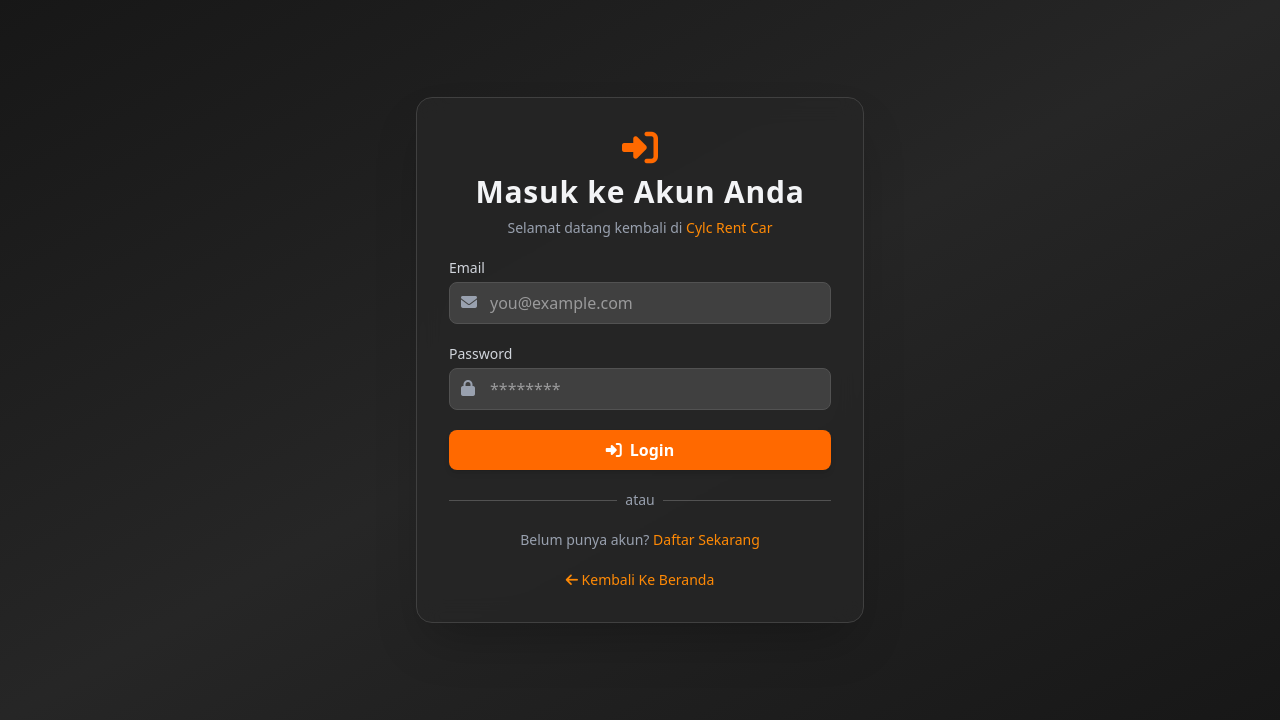
Repository: Fadlan079/FinalProject-RentalMobil
Page: http://localhost/index.php?action=login
The author's editor kept a copy of each file at every save. The page is drawn from the files as they stood at one save, then again after the next save.
The browser window is 1280 px wide. The pictures show the whole page.
Some web libraries are served in a nearby version. The page is run by PHP 8.4 with error messages shown; the project is at /var/www/html/. Style sheets and scripts are compiled from the project's sources, by tool versions that may differ from the author's.

Above is the page before, as saved 2025-11-12 21:50:32.

After the next save:
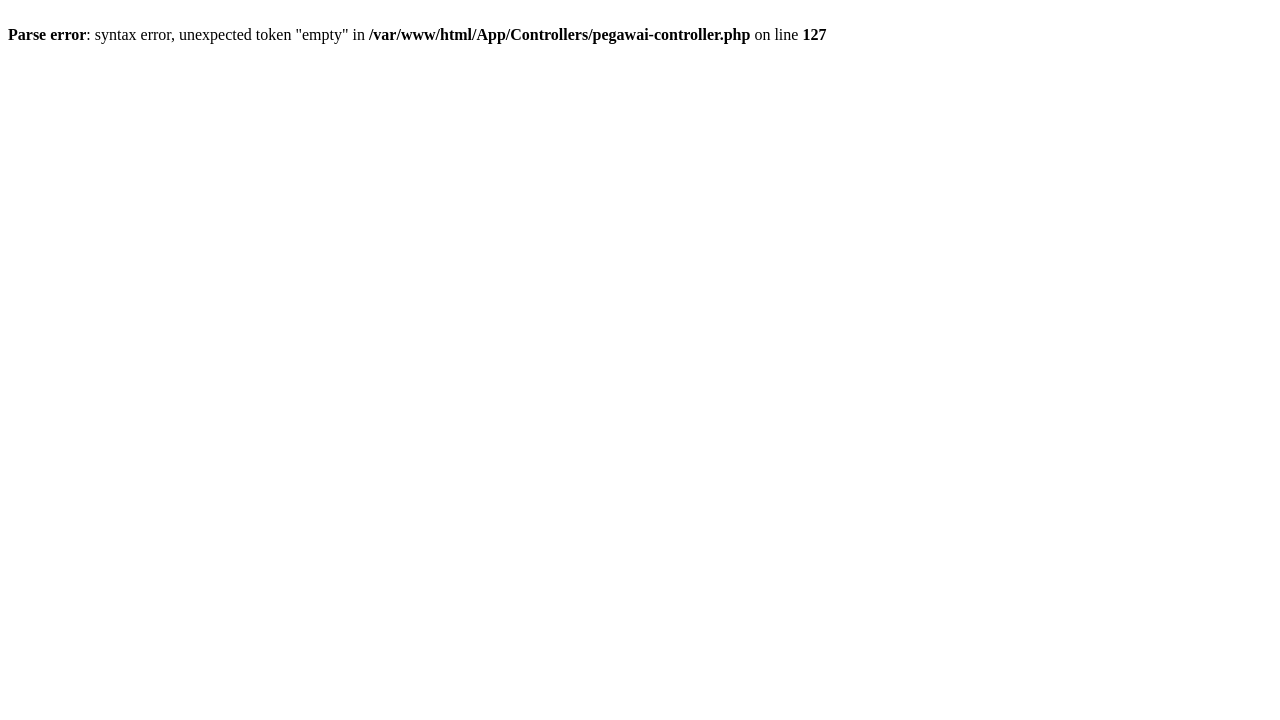
Saved 9 s later.
--- a/App/Controllers/pegawai-controller.php
+++ b/App/Controllers/pegawai-controller.php
@@ -124,7 +124,7 @@
         $password = trim($_POST['password']);
         $role = trim($_POST['role']);
 
-        if (empty($nama) || empty($email) || empty($password) || empty($role)) {
+        if (empty($nama) empty($email) || empty($password) || empty($role)) {
             $_SESSION['error'] = 'Semua field wajib diisi!';
             header("Location: index.php?action=createPegawai");
             exit;

After the save that followed:
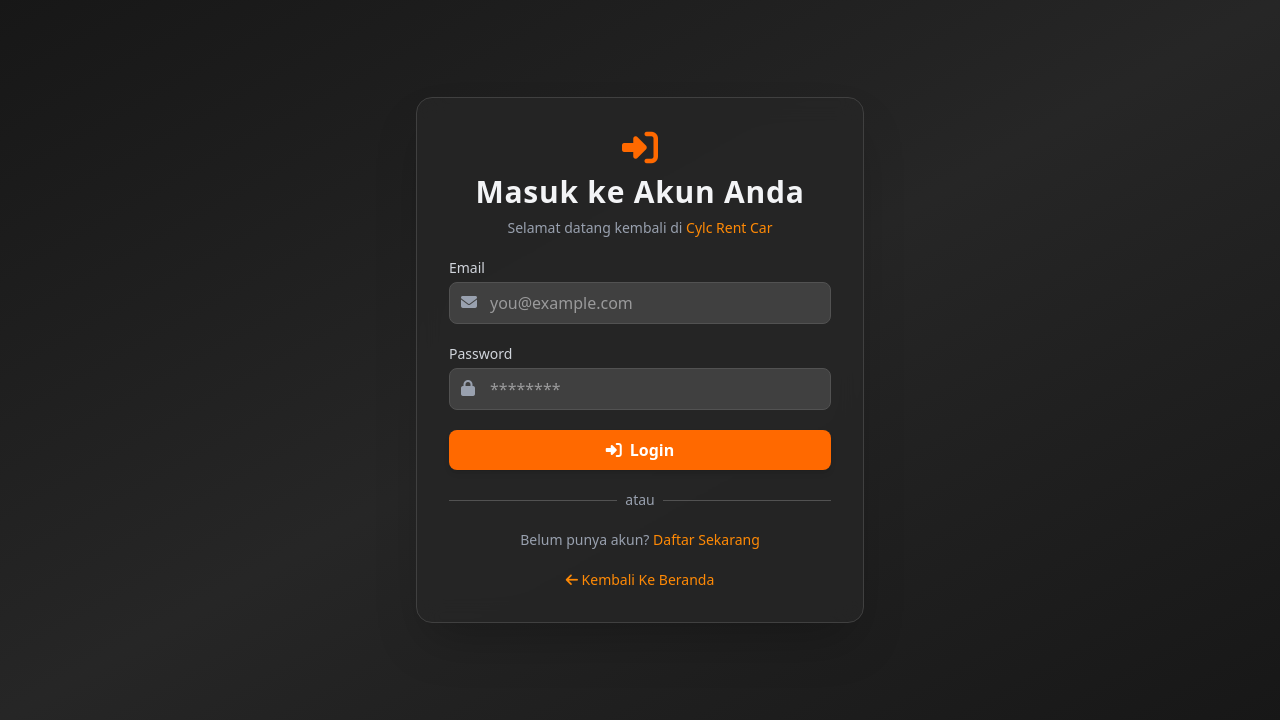
Saved 6 s later.
--- a/App/Controllers/pegawai-controller.php
+++ b/App/Controllers/pegawai-controller.php
@@ -124,7 +124,7 @@
         $password = trim($_POST['password']);
         $role = trim($_POST['role']);
 
-        if (empty($nama) empty($email) || empty($password) || empty($role)) {
+        if ( empty($email) || empty($password) || empty($role)) {
             $_SESSION['error'] = 'Semua field wajib diisi!';
             header("Location: index.php?action=createPegawai");
             exit;
